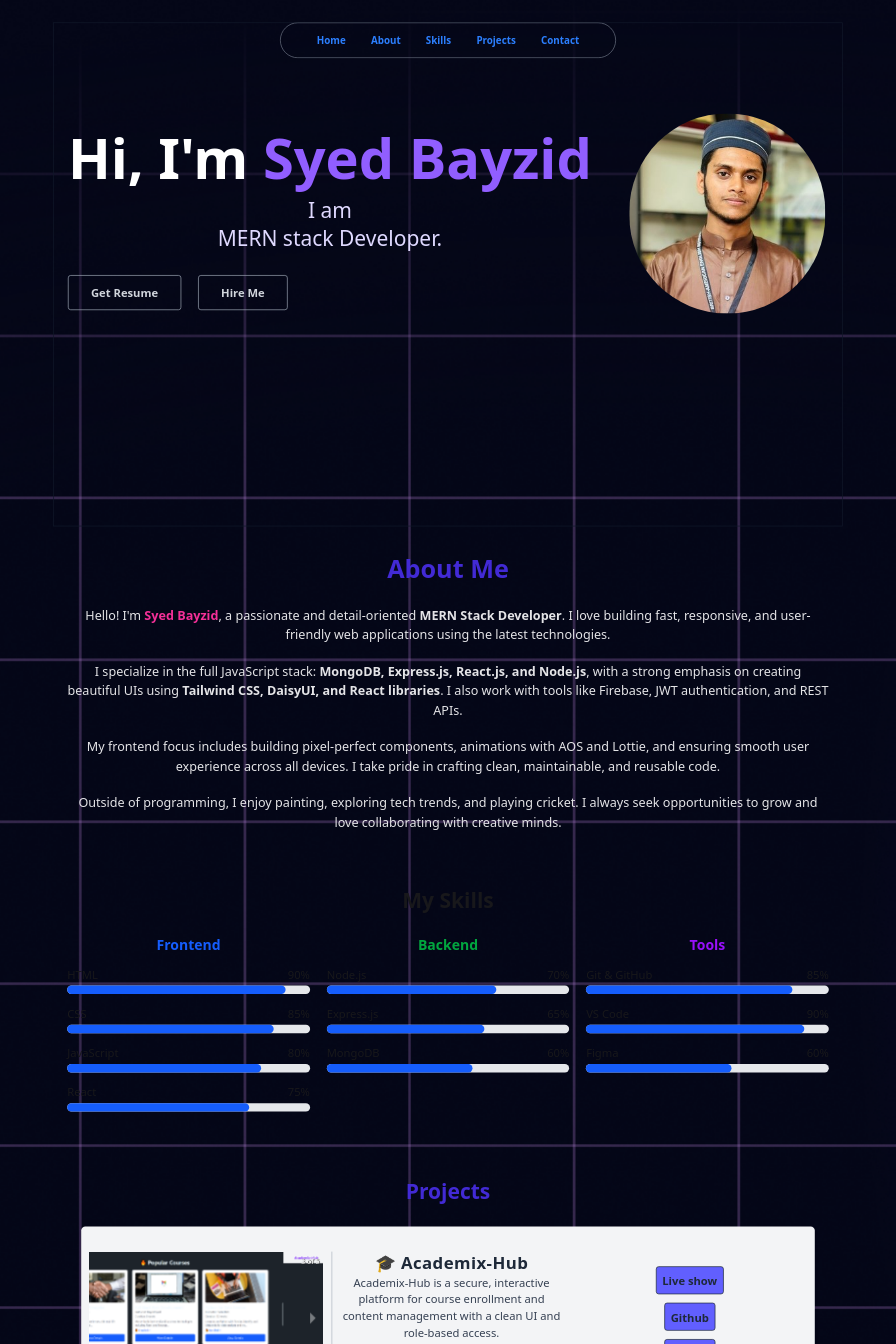
Repository: syedbayzid82849/syed-bayzid
Page: /
An editor plug-in stored every save of this project. The page is shown before and after the next save, followed by the edit.
The browser window is 1280 px wide. The pictures show the part of the page from y = 0 to 1920 px (the page is 3000 px tall), at 70% of full size.
The project was rebuilt for these pictures with package versions that can differ from the ones it lists, and the page was loaded fresh each time. Also part of the build but not shown: vite.config.js, src/App.jsx.

Above is the page before, as saved 2025-08-11 14:47:52.

### index.html
<!doctype html>
<html lang="en">

<head>
  <meta charset="UTF-8" />
  <meta name="viewport" content="width=device-width, initial-scale=1.0" />
  <title>Syed Bayzid</title>
</head>

<body>
  <div id="root"
    style="background-image: url('/src/assets/hero-bg.png'); background-size: cover; background-position: center; min-height: 100vh;">
  </div>
  <script type="module" src="/src/main.jsx"></script>
</body>

</html>

### src/main.jsx
import { StrictMode } from 'react'
import { createRoot } from 'react-dom/client'
import './index.css'
import App from './App.jsx'
import router from './Router/Root/router.jsx'
import { RouterProvider } from 'react-router'

createRoot(document.getElementById('root')).render(
  <StrictMode>
    <div className="max-w-6xl mx-auto"
    >
      <RouterProvider router={router} />
    </div>
  </StrictMode>,
)

### src/index.css
@import "tailwindcss";
@plugin "daisyui";

html {
  scroll-behavior: smooth;
}

### src/Router/Root/router.jsx
import React from 'react';
import { createBrowserRouter } from 'react-router';
import HomeLayout from '../../Layouts/HomeLayout/HomeLayout';

const router = createBrowserRouter([
    {
        path: "/",
        element: <HomeLayout></HomeLayout>
    },
]);

export default router;

### src/Layouts/HomeLayout/HomeLayout.jsx
import React from 'react';
import Hero from '../../Components/HomeComponents/Hero';
import AboutMe from '../../Components/AboutMe/AboutMe';
import SkillsSection from '../../Components/SkillsSection/SkillsSection';
import MainProjectsSection from '../../Components/Projects/MainProjectsSection/MainProjectsSection';
import ContactInfo from '../../Components/ContactInfo/ContactInfo';
import Footer from '../../Components/Footer/Footer';
import Navbar from '../../Components/HomeComponents/Navbar/Navbar';

const HomeLayout = () => {
    return (
        <div className='px-3'>
            <Navbar></Navbar>
            <Hero></Hero>
            <AboutMe></AboutMe>
            <SkillsSection></SkillsSection>
            <MainProjectsSection></MainProjectsSection>
            <ContactInfo></ContactInfo>
            <Footer></Footer>
        </div>
    );
};

export default HomeLayout;

### src/Components/HomeComponents/Hero.jsx
import toast from 'react-hot-toast';
import { styles } from '../../../style';
import mainProfile from '../../assets/SB.jpg'
const Hero = () => {
    const handleResumeDownload = () => {
        toast.success('Downloading Resume...');
    };
    return (
        <section id='home' className="border h-screen text-gray-900 dark:text-white transition-colors duration-300">

            <div className="container flex flex-col justify-center items-center mx-auto  sm:py-12 lg:flex-row  lg:justify-between">
                {/* Left Text Content */}
                <div className="  px-5 grid gap-8">
                    <div>
                        <h1 className={`${styles.heroHeadText} text-white `}>
                            Hi, I'm <span className='text-[#915EFF]'>Syed Bayzid</span>
                        </h1>
                        <p className={`${styles.heroSubText} mt-2 text-white-100`}>
                            I am <br className='sm:block hidden' />
                            MERN stack Developer.
                        </p>

                    </div>
                    <div className='flex gap-6 md:mx-auto lg:mx-0'>
                        <a
                            href="/CV of Syed Bayzid.pdf"
                            download
                            target="_blank"
                            rel="noopener noreferrer"
                            onClick={handleResumeDownload}
                            className="px-8 py-3 font-semibold border rounded border-gray-400 text-gray-300"
                        >
                            Get Resume
                        </a>
                        <button type="button" className="px-8 py-3 font-semibold border rounded border-gray-400 text-gray-300"><a target="_blank" rel="noopener noreferrer" href="https://www.linkedin.com/in/syed-bayzid-b91343329/">Hire Me</a></button>
                    </div>

                </div>

                {/* Right Image */}
                <div className="flex items-center justify-center  p-6 mt-8 lg:mt-0 h-72 sm:h-80 lg:h-96 xl:h-112 2xl:h-128 ">
                    <img
                        src={mainProfile}
                        alt="Business Illustration"
                        className="rounded-full object-contain w-70"
                    />
                </div>
            </div>
        </section>
    );
};

export default Hero;

### src/Components/AboutMe/AboutMe.jsx
// src/components/AboutMe.jsx
import React from 'react';

const AboutMe = () => {
    return (
        <section id="about" className="px-5 max-w-6xl py-10 mx-auto md:px-5 ">
            <h2 className="text-4xl font-bold text-center mb-8 text-primary">About Me</h2>
            <div className=" mx-auto text-lg text-neutral-content space-y-6">
                <p>
                    Hello! I'm <span class="font-semibold text-secondary">Syed Bayzid</span>, a passionate and detail-oriented <strong>MERN Stack Developer</strong>. I love building fast, responsive, and user-friendly web applications using the latest technologies.
                </p>
                <p>
                    I specialize in the full JavaScript stack: <strong>MongoDB, Express.js, React.js, and Node.js</strong>, with a strong emphasis on creating beautiful UIs using <strong>Tailwind CSS, DaisyUI, and React libraries</strong>. I also work with tools like Firebase, JWT authentication, and REST APIs.
                </p>
                <p>
                    My frontend focus includes building pixel-perfect components, animations with AOS and Lottie, and ensuring smooth user experience across all devices. I take pride in crafting clean, maintainable, and reusable code.
                </p>
                <p>
                    Outside of programming, I enjoy painting, exploring tech trends, and playing cricket. I always seek opportunities to grow and love collaborating with creative minds.
                </p>
            </div>
        </section>
    );
};

export default AboutMe;

### src/Components/SkillsSection/SkillsSection.jsx
import React from 'react';

const SkillsSection = () => {
    const frontendSkills = [
        { name: 'HTML', level: 90 },
        { name: 'CSS', level: 85 },
        { name: 'JavaScript', level: 80 },
        { name: 'React', level: 75 },
    ];

    const backendSkills = [
        { name: 'Node.js', level: 70 },
        { name: 'Express.js', level: 65 },
        { name: 'MongoDB', level: 60 },
    ];

    const tools = [
        { name: 'Git & GitHub', level: 85 },
        { name: 'VS Code', level: 90 },
        { name: 'Figma', level: 60 },
    ];

    const renderSkillBar = (skill) => (
        <div key={skill.name} className="mb-4">
            <div className="flex justify-between mb-1">
                <span>{skill.name}</span>
                <span>{skill.level}%</span>
            </div>
            <div className="w-full bg-gray-200 rounded-full h-3">
                <div
                    className="bg-blue-600 h-3 rounded-full"
                    style={{ width: `${skill.level}%` }}
                ></div>
            </div>
        </div>
    );

    return (
        <section id="skills" className="py-10 px-5 max-w-6xl mx-auto">
            <h2 className="text-3xl font-bold text-center mb-8">My Skills</h2>
            <div className="grid md:grid-cols-3 gap-6">
                <div>
                    <h3 className="text-xl font-semibold mb-4 text-blue-600">Frontend</h3>
                    {frontendSkills.map(renderSkillBar)}
                </div>
                <div>
                    <h3 className="text-xl font-semibold mb-4 text-green-600">Backend</h3>
                    {backendSkills.map(renderSkillBar)}
                </div>
                <div>
                    <h3 className="text-xl font-semibold mb-4 text-purple-600">Tools</h3>
                    {tools.map(renderSkillBar)}
                </div>
            </div>
        </section>
    );
};

export default SkillsSection;

### src/Components/Projects/MainProjectsSection/MainProjectsSection.jsx
import React from 'react';
import hobbyhub1 from '../../../assets/hobbyhub1.png'
import hobbyhub2 from '../../../assets/hobbyhub2.png'
import hobbyhub3 from '../../../assets/hobbyhub3.png'
import hobbyhub4 from '../../../assets/hobbyhub4.png'
import academix1 from '../../../assets/academix1.png'
import academix2 from '../../../assets/academix2.png'
import academix3 from '../../../assets/academix3.png'
import academix4 from '../../../assets/academix4.png'
import academix5 from '../../../assets/academix5.png'
import "react-responsive-carousel/lib/styles/carousel.min.css";
import { Carousel } from 'react-responsive-carousel';

const MainProjectsSection = () => {
    return (
        <section id='projects' className="py-10 px-5 max-w-6xl mx-auto">
            <h2 className="text-3xl font-bold text-center text-primary dark:text-white mb-5">Projects</h2>

            {/* card 1 */}
            <div className='py-3 md:px-5'>
                <div className='max-w-full p-3 rounded-md shadow-md bg-gray-100 dark:bg-gray-900 grid md:grid-cols-3 gap-3'>
                    <div className='md:flex md:items-center'>
                        <Carousel autoPlay={true} infiniteLoop={true} showThumbs={false}>
                            {[academix1, academix2, academix3, academix4, academix5].map((img, i) => (
                                <div key={i}>
                                    <img src={img} />
                                </div>
                            ))}
                        </Carousel>
                    </div>
                    <div className='mt-6 mb-2 md:border-l-2 md:pl-2 border-gray-300 dark:border-gray-600'>
                        <h3 className='text-2xl font-semibold tracking-wide text-gray-800 dark:text-white'>🎓 Academix-Hub</h3>
                        <p className="text-gray-700 dark:text-gray-300">
                            Academix-Hub is a secure, interactive platform for course enrollment and content management with a clean UI and role-based access.
                        </p>
                        <div className='flex gap-5 py-3'>
                            {['react', 'vite', 'tailwind', 'react icon'].map((tech, i) => (
                                <button key={i} className='px-4 bg-white/10 border border-white/20 backdrop-blur-md rounded-full shadow-sm hover:bg-white/20 transition duration-200 text-gray-800 dark:text-white'>
                                    {tech}
                                </button>
                            ))}
                        </div>
                    </div>
                    <div className='flex flex-row flex-wrap gap-2 justify-center items-center md:flex-col md:gap-3'>
                        <ProjectButton url="https://academix-hub.netlify.app/" text="Live show" />
                        <ProjectButton url="https://github.com/syedbayzid82849/Academix-Hub-project?tab=readme-ov-file" text="Github" />
                        <ProjectButton url="https://github.com/syedbayzid82849/Academix-Hub-project/blob/main/README.md" text="Details" />
                    </div>
                </div>
            </div>

            {/* card 2 */}
            <div className='py-3 md:px-5'>
                <div className='max-w-full p-3 rounded-md shadow-md bg-gray-100 dark:bg-gray-900 grid md:grid-cols-3 gap-3'>
                    <div className='md:flex md:items-center'>
                        <Carousel autoPlay={true} infiniteLoop={true} showThumbs={false}>
                            {[hobbyhub1, hobbyhub2, hobbyhub3, hobbyhub4].map((img, i) => (
                                <div key={i}>
                                    <img src={img} />
                                </div>
                            ))}
                        </Carousel>
                    </div>
                    <div className='mt-6 mb-2 md:border-l-2 md:pl-2 border-gray-300 dark:border-gray-600'>
                        <h3 className='text-2xl font-semibold tracking-wide text-gray-800 dark:text-white'>🎯 HobbyHub</h3>
                        <p className="text-gray-700 dark:text-gray-300">
                            HobbyHub connects users through local hobby groups—create, join, and explore communities based on shared interests like art, games, or sports.
                        </p>
                        <div className='flex gap-5 py-3'>
                            {['react', 'vite', 'tailwind'].map((tech, i) => (
                                <button key={i} className='px-4 bg-white/10 border border-white/20 backdrop-blur-md rounded-full shadow-sm hover:bg-white/20 transition duration-200 text-gray-800 dark:text-white'>
                                    {tech}
                                </button>
                            ))}
                        </div>
                    </div>
                    <div className='flex flex-row flex-wrap gap-2 justify-center items-center md:flex-col md:gap-3'>
                        <ProjectButton url="https://hobby-hub-01.netlify.app/" text="Live show" />
                        <ProjectButton url="https://github.com/syedbayzid82849/HobbyHub-project?tab=readme-ov-file" text="Github" />
                        <ProjectButton url="https://github.com/syedbayzid82849/HobbyHub-project/blob/main/README.md" text="Details" />
                    </div>
                </div>
            </div>
        </section>
    );
};

// ✅ Reusable ProjectButton Component
const ProjectButton = ({ url, text }) => (
    <button type="button" className="h-10 px-2 py-2 font-semibold border rounded border-gray-800 text-gray-800 dark:border-gray-300 dark:text-white hover:bg-white dark:hover:bg-gray-700 transition delay-100 duration-300 ease-in-out bg-indigo-500">
        <a href={url} target="_blank" rel="noopener noreferrer">{text}</a>
    </button>
);

export default MainProjectsSection;

### src/Components/ContactInfo/ContactInfo.jsx
import React from 'react';
import { MdEmail, MdPhone, MdWhatsapp } from 'react-icons/md';

const ContactInfo = () => {
    return (
        <section id='contact' className="py-6 text-slate-100 transition-colors duration-300">
            <h1 className="text-4xl font-bold text-center mb-6 text">Contact</h1>
            <div className="grid max-w-6xl grid-cols-1 px-6 mx-auto lg:px-8 md:grid-cols-2 md:divide-x divide-gray-300 dark:divide-gray-700">
                <div className="py-6 md:py-0 md:px-6">
                    <h2 className="text-3xl font-bold mb-6">Contact Information</h2>
                    <p className="pt-2 pb-4">Fill in the form to start a conversation</p>
                    <div className="space-y-6 text-left">
                        <div className="flex items-center gap-4">
                            <MdEmail className="text-2xl text-blue-600" />
                            <a href="mailto:husains82849@gmail.com" className="text-lg hover:underline">
                                husains82849@gmail.com
                            </a>
                        </div>

                        <div className="flex items-center gap-4">
                            <MdPhone className="text-2xl text-green-600" />
                            <a href="tel:+8801703480840" className="text-lg hover:underline">
                                +880 1703 380 840
                            </a>
                        </div>

                        <div className="flex items-center gap-4">
                            <MdWhatsapp className="text-2xl text-green-500" />
                            <a href="https://wa.me/8801703480840" target="_blank" rel="noopener noreferrer" className="text-lg hover:underline">
                                WhatsApp Me
                            </a>
                        </div>
                    </div>
                </div>

                <form noValidate className="flex flex-col py-6 space-y-6 md:py-0 md:px-6">
                    <label className="block">
                        <span className="mb-1 block">Full name</span>
                        <input
                            type="text"
                            placeholder="Leroy Jenkins"
                            className="py-2 w-full rounded-md shadow-sm focus:ring focus:ring-opacity-75 focus:ring-blue-400 dark:focus:ring-blue-500 bg-white dark:bg-gray-800 border border-gray-300 dark:border-gray-700 text-black dark:text-white"
                        />
                    </label>
                    <label className="block">
                        <span className="mb-1 block">Email address</span>
                        <input
                            type="email"
                            placeholder="leroy@jenkins.com"
                            className="py-2 w-full rounded-md shadow-sm focus:ring focus:ring-opacity-75 focus:ring-blue-400 dark:focus:ring-blue-500 bg-white dark:bg-gray-800 border border-gray-300 dark:border-gray-700 text-black dark:text-white"
                        />
                    </label>
                    <label className="block">
                        <span className="mb-1 block">Message</span>
                        <textarea
                            rows="3"
                            className="w-full rounded-md shadow-sm focus:ring focus:ring-opacity-75 focus:ring-blue-400 dark:focus:ring-blue-500 bg-white dark:bg-gray-800 border border-gray-300 dark:border-gray-700 text-black dark:text-white"
                        ></textarea>
                    </label>
                    <button
                        type="button"
                        className="self-center px-8 py-3 text-lg rounded transition-all duration-300 bg-blue-500 text-white hover:bg-white hover:text-black border border-blue-500 dark:hover:bg-gray-100 dark:hover:text-black"
                    >
                        Submit
                    </button>
                </form>
            </div>
        </section>
    );
};

export default ContactInfo;

### src/Components/HomeComponents/Navbar/Navbar.jsx
import {  Link } from 'react-router';

const Navbar = () => {
    const links = (
        <>
            <li>
                <a
                    href="#home"
                    className=" text-blue-500 font-bold hover:border-blue-800"
                >
                    Home
                </a>
            </li>
            <li>
                <a
                    href="#about"
                    className=" text-blue-500 font-bold hover:border-blue-800"
                >
                    About
                </a>
            </li>
            <li>
                <a
                    href="#skills"
                    className=" text-blue-500 font-bold hover:border-blue-800"
                >
                    Skills
                </a>
            </li>
            <li>
                <a
                    href="#projects"
                    className=" text-blue-500 font-bold hover:border-blue-800"
                >
                    Projects
                </a>
            </li>
            <li>
                <a
                    href="#contact"
                    className=" text-blue-500 font-bold hover:border-blue-800"
                >
                    Contact
                </a>
            </li>
        </>
    );

    return (
        <div className="Navbar shadow-sm ">
            <div className="Navbar-start w-auto fixed">
                <div className="dropdown">
                    <div tabIndex={0} role="button" className="btn btn-ghost lg:hidden">
                        <svg xmlns="http://www.w3.org/2000/svg" className="h-5 w-5" fill="none" viewBox="0 0 24 24" stroke="currentColor">
                            <path strokeLinecap="round" strokeLinejoin="round" strokeWidth="2" d="M4 6h16M4 12h8m-8 6h16" />
                        </svg>
                    </div>
                    <ul tabIndex={0} className="menu menu-sm dropdown-content bg-base-100 rounded-box z-1 mt-3 w-52 p-2 shadow">
                        {links}
                    </ul>
                </div>
            </div>

            <div className="Navbar-center hidden lg:flex justify-center flex-1 ">
                <ul className="menu menu-horizontal px-10  gap-3 fixed border border-gray-500 rounded-full">
                    {links}
                </ul>
            </div>
        </div>

    );
};

export default Navbar;

Loaded but not shown: src/App.css (common file); style.js (common file); src/Components/Footer/Footer.jsx (58 lines, source omitted)

After the next save:
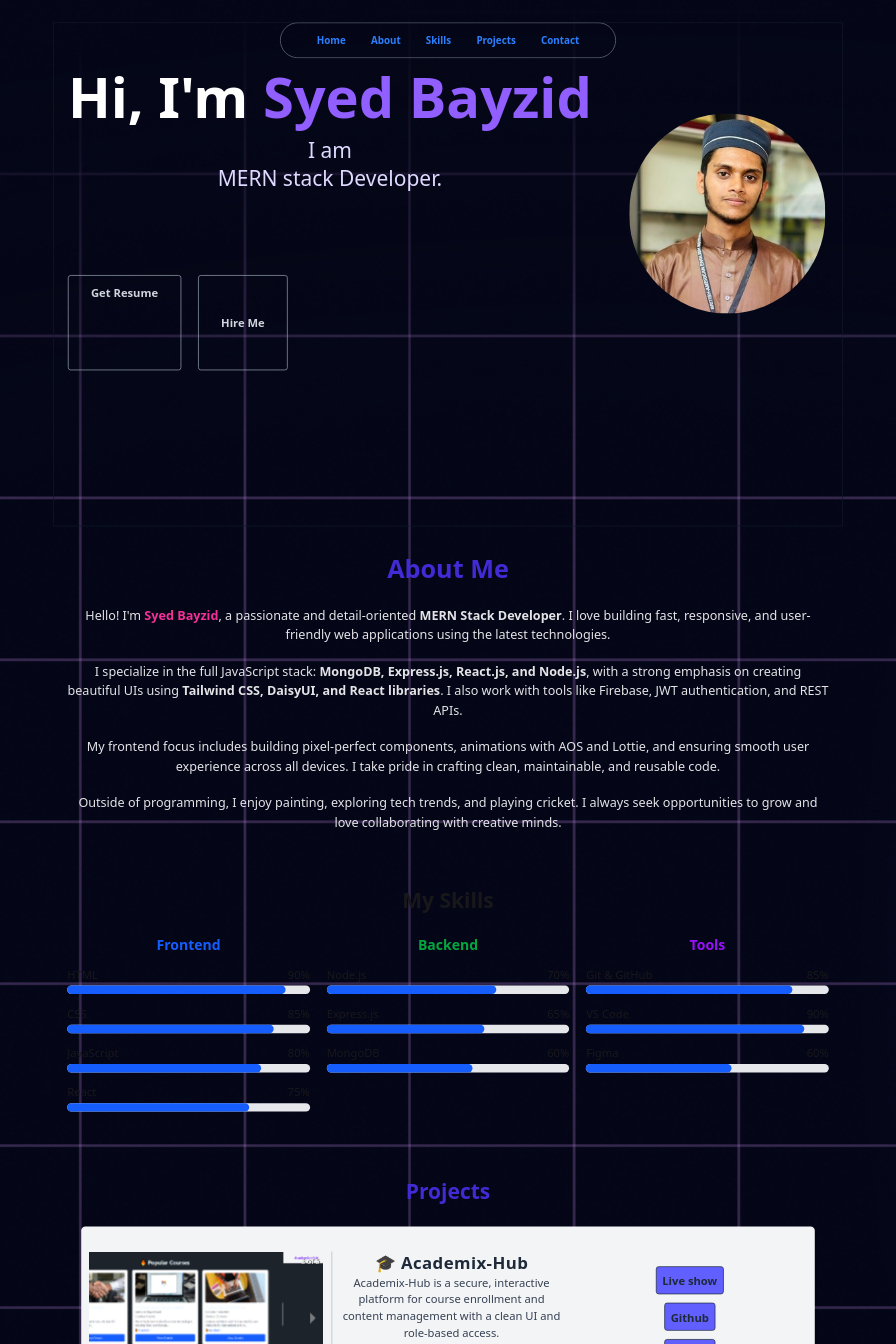
Saved 62 s later.
--- a/src/Components/HomeComponents/Hero.jsx
+++ b/src/Components/HomeComponents/Hero.jsx
@@ -8,7 +8,7 @@ const Hero = () => {
     return (
         <section id='home' className="border h-screen text-gray-900 dark:text-white transition-colors duration-300">
 
-            <div className="container flex flex-col justify-center items-center mx-auto  sm:py-12 lg:flex-row  lg:justify-between">
+            <div className="container flex flex-col justify-center  mx-auto  sm:py-12 lg:flex-row  lg:justify-between">
                 {/* Left Text Content */}
                 <div className="  px-5 grid gap-8">
                     <div>
